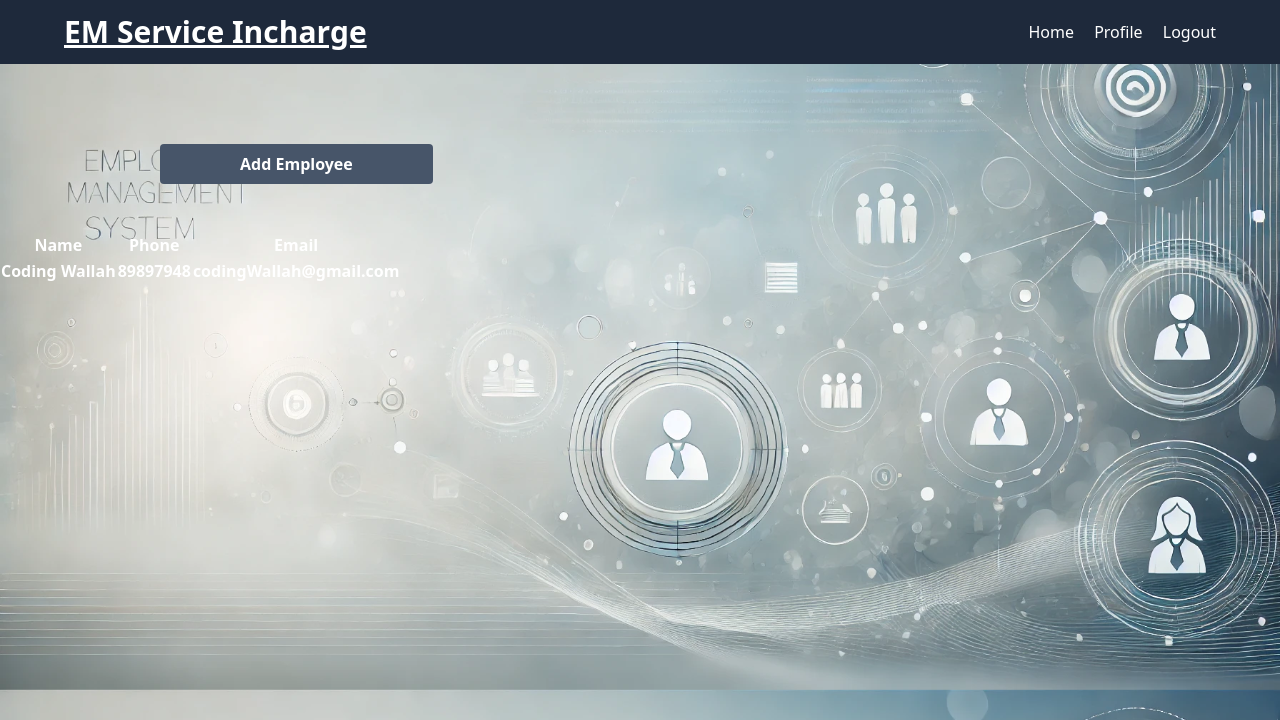
Repository: Vaibhav979/EmployeeManagement-Spring
Page: / (app in em-project-view/)
These files come from the project's save history. The page is drawn as it stood at one moment and after a run of saves; the edit follows.
The browser window is 1280 px wide. The pictures show the whole page.
The project was rebuilt for these pictures with package versions that can differ from the ones it lists, and the page was loaded fresh each time. Also part of the build but not shown: em-project-view/vite.config.js.

Above is the page before, as saved 2025-01-02 22:48:10.

### em-project-view/src/App.jsx
import { useState } from "react";
import "./App.css";

function App() {
  return (
    <>
      <div className="bg-slate-800 flex h-16 px-16 items-center">
        <h1 className="text-3xl font-bold underline">EM Service Incharge</h1>
        <div className="space-x-4 ml-auto">
          <a className="hover:text-blue-400" href="/">
            {" "}
            Home{" "}
          </a>
          <a className="hover:text-blue-400" href="/">
            {" "}
            Profile{" "}
          </a>
          <a className="hover:text-blue-400" href="/">
            {" "}
            Logout
          </a>
        </div>
      </div>

      <div className="container mx-auto my-8">
        <div>
          <button className="bg-slate-600 hover:bg-blue-700 mx-40 my-12 font-semibold px-20 py-2 rounded">
            Add Employee
          </button>
        </div>

        <div>
          <table>
            <thead>
              <th> Name </th>
              <th> Phone </th>
              <th> Email </th>
            </thead>
            <tbody>
              <th> Coding Wallah </th>
              <th> 89897948 </th>
              <th> codingWallah@gmail.com </th>
            </tbody>
          </table>
        </div>
      </div>
    </>
  );
}

export default App;

### em-project-view/src/App.css
/* #root {
  max-width: 1280px;
  margin: 0 auto;
  padding: 2rem;
  text-align: center;
} */

.App {
  text-align: left;
}

body {
  background-image: url(./assets/image.png);
  background-size: cover;
  background-position: center;
  color: #ffffff;
  height: 90vh;
}

Loaded but not shown: em-project-view/index.html (common file); em-project-view/src/main.jsx (common file); em-project-view/src/index.css (common file); em-project-view/tailwind.config.js (common file)

After the next 2 saves:
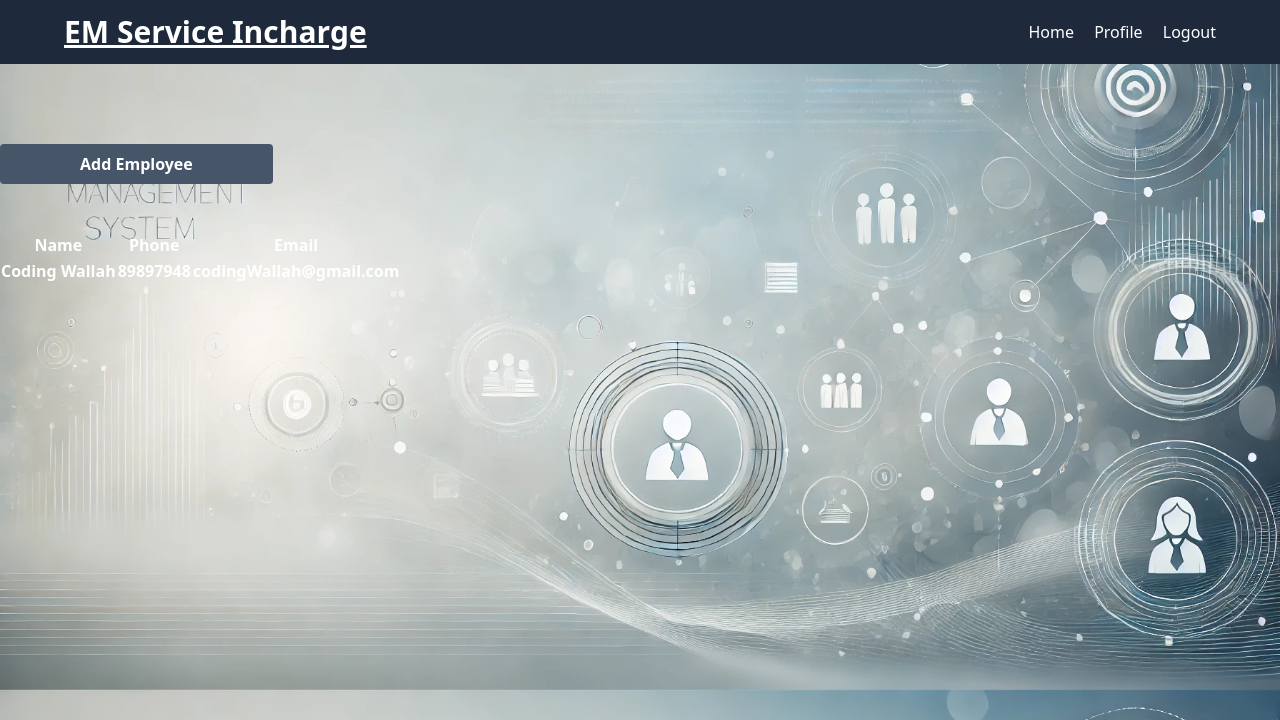
The 2 saves are shown as one change because they came seconds apart.
The last was saved 42 s later.
--- a/em-project-view/src/App.jsx
+++ b/em-project-view/src/App.jsx
@@ -24,7 +24,7 @@ function App() {
 
       <div className="container mx-auto my-8">
         <div>
-          <button className="bg-slate-600 hover:bg-blue-700 mx-40 my-12 font-semibold px-20 py-2 rounded">
+          <button className="bg-slate-600 hover:bg-blue-700 my-12 font-semibold px-20 py-2 rounded">
             Add Employee
           </button>
         </div>
